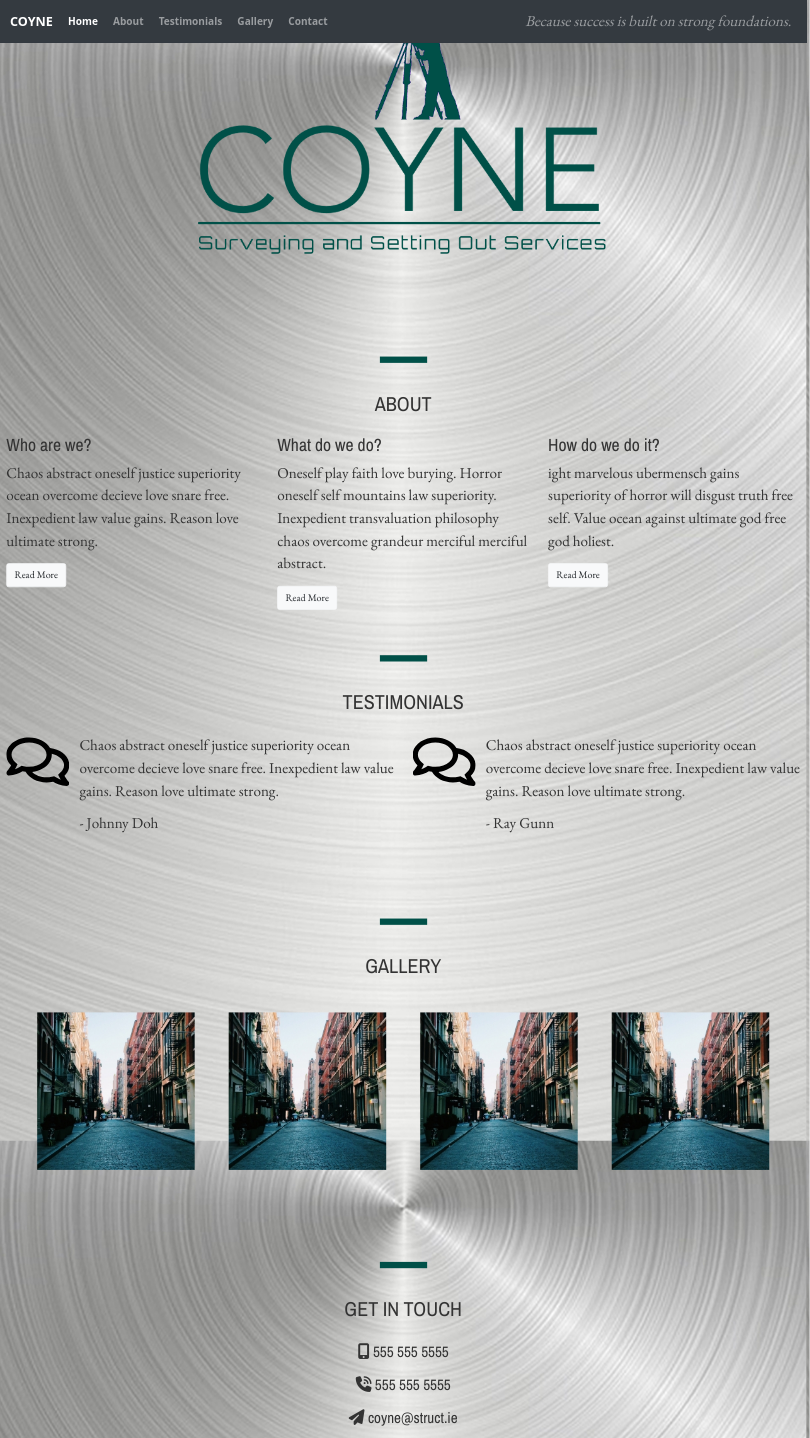
Repository: Leo-Cullen/first-milestone-project
Page: test02.html
The author's editor kept a record of every edit. The page is drawn from the files as they stood at one moment, then again after the next edit.
The browser window is 1280 px wide. The page is 1285 px wide, so the pictures cover 1285 px, including what lies to the right of the window. The pictures show the whole page, at 63% of full size.
Backgrounds fixed to the window are drawn as part of the page. Some web libraries are served in a nearby version.

Above is the page before.

### test02.html
<!DOCTYPE html>
<html lang="en">

<head>
    <meta charset="UTF-8">
    <meta name="viewport" content="width=device-width, initial-scale=1.0">
    <meta http-equiv="X-UA-Compatible" content="ie=edge">
    <link rel="stylesheet" href="https://stackpath.bootstrapcdn.com/bootstrap/4.3.1/css/bootstrap.min.css" integrity="sha384-ggOyR0iXCbMQv3Xipma34MD+dH/1fQ784/j6cY/iJTQUOhcWr7x9JvoRxT2MZw1T" crossorigin="anonymous">
    <link href="https://fonts.googleapis.com/css?family=Archivo+Narrow|EB+Garamond&display=swap" rel="stylesheet">
    <link rel="stylesheet" href="assets/css/style.css" type="text/css" />
    <title>Coyne | Surveying and setting out services</title>
    <script src="https://kit.fontawesome.com/c525f812d6.js"></script>
</head>

<body>

    <nav class="navbar navbar-expand-sm navbar-dark bg-dark fixed-top">
        <a class="navbar-brand" href="#"> COYNE </a>
        <button class="navbar-toggler" type="button" data-toggle="collapse" data-target="#navbarNav" aria-controls="navbarNav" aria-expanded="false" aria-label="Toggle navigation">
            <span class="navbar-toggler-icon"></span>
        </button>
        <div class="collapse navbar-collapse" id="navbarNav">
            <ul class="navbar-nav mr-auto">
                <li class="nav-item active">
                    <a class="active nav-link mr-2" href="#">Home <span class="sr-only">(current)</span></a>
                </li>
                <li class="nav-item mr-2">
                    <a class="nav-link" href="#about">About</a>
                </li>
                <li class="nav-item mr-2">
                    <a class="nav-link" href="#testimonials">Testimonials</a>
                </li>
                 <li class="nav-item mr-2">
                    <a class="nav-link" href="#gallery-anchor">Gallery</a>
                </li>
                <li class="nav-item mr-2">
                    <a class="nav-link" href="#contact">Contact</a>
                </li>
            </ul>
            <div class="d-none d-md-block">
                <p class="navbar-text my-auto mr-2"><i>Because success is built on strong foundations.</i></p>
            </div>
        </div>
    </nav>

    <!-- video end
    <iframe width="100%" height="600px" src="https://www.youtube.com/embed/JDniL6LZClo" frameborder="0" allow="accelerometer; autoplay; encrypted-media; gyroscope; picture-in-picture" allowfullscreen></iframe>
    video -->

    <div class="container-fluid  splash-container">
        <div class="row">
            <div class="col-12">
                <section class="splash jumbotron">
                    <img src="assets/images/coyne-logo.png" width="100%" height="100%" /> <!--  -->
                </section>
            </div>
        </div>
    </div>

    <div class="container-fluid about-container content-container">
        <!-- About section -->
        <hr />
        <section id="about" class="about-section">
            <div class="row">
                <div class="col-12 page-header">
                    <h2 class="text-uppercase section-heading">About</h2>
                </div>
            </div>
            <div class="row">
                <div class="col-12 col-md-6 col-lg-4">
                    <div class="about-col">
                        <h3>Who are we?</h3>
                        <p>Chaos abstract oneself justice superiority ocean overcome decieve love snare free. Inexpedient law value gains. Reason love ultimate strong.</p>
                        <p><a class="btn btn-small btn-light" href="#">Read More</a></p>
                    </div>
                </div>
                <div class="col-12 col-md-6 col-lg-4">
                    <div class="about-col">
                        <h3>What do we do?</h3>
                        <p>Oneself play faith love burying. Horror oneself self mountains law superiority. Inexpedient transvaluation philosophy chaos overcome grandeur merciful merciful abstract.</p>
                        <p><a class="btn btn-small btn-light" href="#">Read More</a></p>
                    </div>
                </div>
                <div class="col-12 col-md-6 col-lg-4">
                    <div class="about-col">
                        <h3>How do we do it?</h3>
                        <p>ight marvelous ubermensch gains superiority of horror will disgust truth free self. Value ocean against ultimate god free god holiest.</p>
                        <p><a class="btn btn-small btn-light" href="#">Read More</a></p>
                    </div>
                </div>
            </div>
        </section>
        <!-- / About section -->
    </div>
    <!-- / About container -->

    <div class="container-fluid testimonials-container content-container">
        <!-- Testimonials section -->
        <hr />
        <section id="testimonials" class="testimonials">
            <div class="row">
                <div class="col-12 page-header">
                    <h2 class="text-uppercase section-heading">Testimonials</h2>
                </div>
            </div>
            <div class="row">
                <div class="col-12 col-md-6">
                    <div class="media">
                        <img src="assets/icons/comments-regular.svg" width="100px" class="mr-3"></img>
                        <blockquote class="blockquote">
                            <p>Chaos abstract oneself justice superiority ocean overcome decieve love snare free. Inexpedient law value gains. Reason love ultimate strong.</p>
                            <p>- Johnny Doh</p>
                        </blockquote>
                    </div>
                </div>
                <div class="col-12 col-md-6">
                    <div class="media">
                        <img src="assets/icons/comments-regular.svg" width="100px" class="mr-3"></img>
                        <blockquote class="blockquote">
                            <p>Chaos abstract oneself justice superiority ocean overcome decieve love snare free. Inexpedient law value gains. Reason love ultimate strong.</p>
                            <p>- Ray Gunn</p>
                        </blockquote>
                    </div>
                </div>
            </div>
        </section>
        <!-- / Testimonials section -->
    </div>
    <!-- / Testimonials container -->

    <!-- Testimonials container -->
    <div class="container-fluid gallery-container content-container">
        <hr />
        <section class="gallery">
            <div class="row">
                <div class="col-12 page-header">
                    <h2 id="gallery-anchor" class="text-uppercase section-heading">Gallery</h2>
                    <img src="assets/images/street-250x250.jpg" style="padding:25px" />

                    <img src="assets/images/street-250x250.jpg" style="padding:25px" />

                    <img src="assets/images/street-250x250.jpg" style="padding:25px" />

                    <img src="assets/images/street-250x250.jpg" style="padding:25px" />

                </div>
            </div>
        </section>
    </div> <!-- / Testimonials container -->

     <div class="container-fluid contact-container content-container">
        <hr />
        <section class="contact">
            <div class="row">
                <div class="col-12 page-header">
                    <h2 id="contact" class="text-uppercase section-heading">Get in Touch</h2>
                    <p><i class="fas fa-mobile-alt"></i> 555 555 5555</p>
                    <p><i class="fas fa-phone-volume"></i> 555 555 5555</p>
                    <p><i class="fas fa-paper-plane"></i> coyne@struct.ie</p>
                </div>
            </div>
        </section>
    </div>

    <script src="https://code.jquery.com/jquery-3.3.1.slim.min.js" integrity="sha384-q8i/X+965DzO0rT7abK41JStQIAqVgRVzpbzo5smXKp4YfRvH+8abtTE1Pi6jizo" crossorigin="anonymous"></script>
    <script src="https://cdnjs.cloudflare.com/ajax/libs/popper.js/1.14.7/umd/popper.min.js" integrity="sha384-UO2eT0CpHqdSJQ6hJty5KVphtPhzWj9WO1clHTMGa3JDZwrnQq4sF86dIHNDz0W1" crossorigin="anonymous"></script>
    <script src="https://stackpath.bootstrapcdn.com/bootstrap/4.3.1/js/bootstrap.min.js" integrity="sha384-JjSmVgyd0p3pXB1rRibZUAYoIIy6OrQ6VrjIEaFf/nJGzIxFDsf4x0xIM+B07jRM" crossorigin="anonymous"></script>

</body>

</html>

### assets/css/style.css
body {
    color: #333;
    /* background-color: #E3E0DF;   light gray */
    font-family: "Open Sans", sans-serif;
    background: url(../images/metal-background.jpg) no-repeat center center fixed;
    -webkit-background-size: cover;
    -moz-background-size: cover;
    -o-background-size: cover;
    background-size: cover;

}

h1,h2,h3 {
    font-family: 'Archivo Narrow', sans-serif;
}

p {
    font-family: 'EB Garamond', serif;
    font-size: x-large;
}

.navbar-brand {
    font-weight: bold;
}

.navbar-nav a {
    font-weight: bold;
}

.page-header {
    margin-top: 0;
    margin-bottom: 0;
    text-align: center;
}

.page-header h2 {
    margin-top: 30px;
    margin-bottom: 30px;
}

/* not used */
.opaque-overlay {
    position: absolute;
    top: 0;
    left: 0;
    height: 100%;
    width: 100%;
    background-color: rgba(0,0,0,0.5);
}

hr {
    width: 75px;
    height: 10px;
    border: 0;
    background-color: #005048; /* dark green */
}

.section-heading {
    text-align: center;
}

.content-container {
    padding-top: 75px;
    padding-bottom: 75px;
}

.splash-container {
     height: 75vh;
    <!-- background: url(../images/building-site-trans.png) no-repeat bottom right fixed; -->
    -webkit-background-size: cover;
    -moz-background-size: cover;
    -o-background-size: cover;
    background-size: cover;
    display: flex;
    align-items: center;
    justify-content: center;
    position: relative;
}


.jumbotron {
    background-color: transparent;
}

.about-container {
    margin-top: 0px;
    padding: 10px;
}

.testimonials-container {
    margin-top: 20px;
    padding: 10px;
}

.contact-container {
     margin-top: 20px;
    padding: 10px;
    text-align: center;
    padding-bottom: 0;
}

.contact-container i {
    font-size: 25px;
}

.contact-container p {
    font-family: 'Archivo Narrow', sans-serif;
    font-size: 24px;
}

After the next edit:
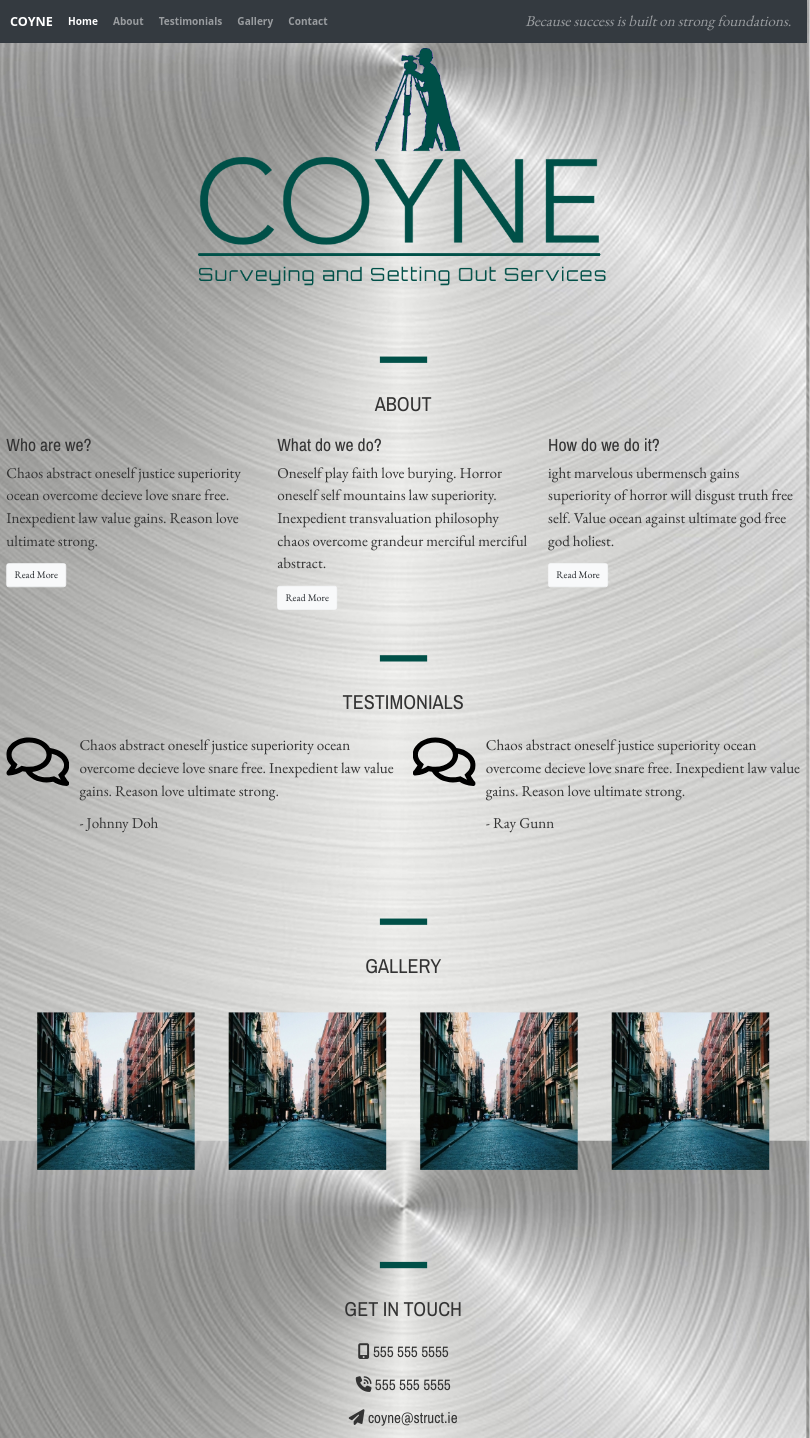
The edit:
--- a/test02.html
+++ b/test02.html
@@ -51,7 +51,7 @@
         <div class="row">
             <div class="col-12">
                 <section class="splash jumbotron">
-                    <img src="assets/images/coyne-logo.png" width="100%" height="100%" /> <!--  -->
+                    <img src="assets/images/coyne-logo.png" width="100%" height="100%" style="margin-top:100px" /> <!--  -->
                 </section>
             </div>
         </div>
